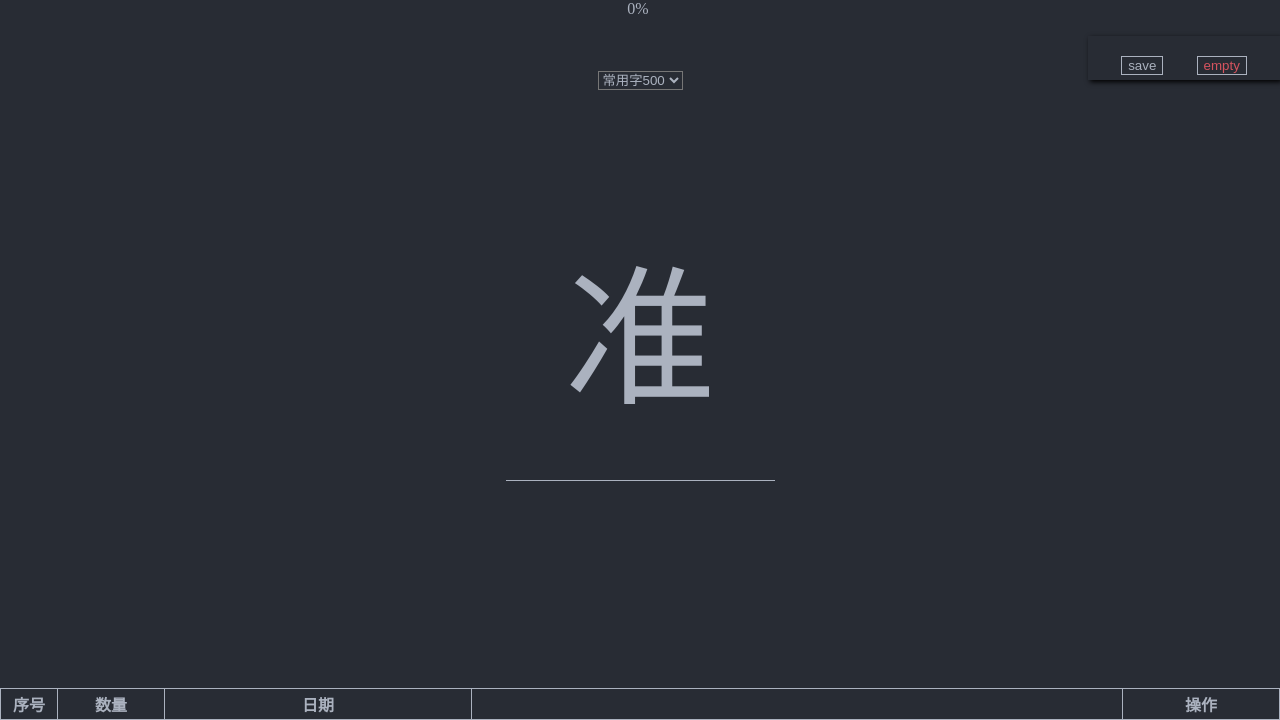
Repository: KR673/wsHone
Page: main.html
An editor plug-in stored every save of this project. The page is shown before and after the next save, followed by the edit.
The browser window is 1280 px wide. The pictures show the whole page.
Some web fonts or font styles are not loaded; a fallback is used.

Above is the page before, as saved 2023-01-30 22:58:24.

### main.html
<!DOCTYPE html>
<html lang="en">

<head>
    <meta charset="UTF-8">
    <meta name="viewport" content="width=device-width, initial-scale=1.0">
    <title>Document</title>

    <link rel="stylesheet" href="./static/css/main.css">
</head>

<body>
    <div>
        <div id="process">
            <div class="process-color"></div>
            <span>0%</span>
        </div>
    </div>
    <div id="source-change-container">
        <select id="source-change">
            <option value="frequently">常用字500</option>
            <option value="hanziRoot">字根练习</option>
        </select>
    </div>
    <div class="input-content hanzi-root">
        <div id="word" class="content"></div>
        <div class="content">
            <input id="input" class="input"></input>
            <p id="key" hidden></p>
        </div>
    </div>
    <div class="fault-content hanzi-root">
        <div id="one-key" class="key-num">
            <span>1</span>
            <div class="area"></div>
        </div>
        <div id="two-key" class="key-num">
            <span>2</span>
            <div class="area"></div>
        </div>
        <div id="three-key" class="key-num">
            <span>3</span>
            <div class="area"></div>
        </div>
        <div id="four-key" class="key-num">
            <span>4</span>
            <div class="area"></div>
        </div>
        <div class="button-container fault-content-button-container">
            <button id="fault-save">save</button>
            <button id="fault-empty">empty</button>
        </div>
    </div>
    <div class="type-history">
        <table class="history-table"></table>
    </div>
    <script src="./lib/jquery-3.5.1.min.js"></script>
    <script src="./pythonScript/tempData.js"></script>
    <script src="./pythonScript/hanZiRoot.js"></script>
    <script src="./static/js/main.js"></script>

</body>

</html>

### static/css/main.css
html,body{
    height: 100%;
    background-color: #282c34;
    margin:0px
}
#word{
    color: #abb2bf;
    font-size: 150px;
    font-weight: 500;
}
.type-error{
    color: #d6545f !important;
}
.content{
    text-align: center;
}
.input-content{
    height: auto;
    margin-top: 10%;
}
.input-content .input{
    background-color: #282c34;
    border: 0px;
    border-bottom: 1px solid #abb2bf;
    margin-top: 20px;
    color: #abb2bf;
    text-align: center;
    font-size: 20px;
}

.input-content .input:focus{
    outline: none;
    border: 0px;
    border-bottom: 1px solid #abb2bf;
}
#key{
    color: #d6545f;
    font-size: 20px;
}

.fault-content{
    height: auto;
    width: 15%;
    background-color: #282c34;
    color: #abb2bf;
    position: absolute;
    right: 0px;
    top: 5%;
    display: flex;
    flex-wrap: nowrap;
    justify-content: space-around;
    flex-direction: column;
    box-shadow:2px 2px 5px #000;;
}
.key-num{
    display: flex;
}
.key-num span{
    /* background-color: #8BC34A; */
    height: 100%;
    transform: translateY(35%);
    padding-right: 1em;
    display: none;
}
.key-num div{
    flex:25% 1 1;
    /* border-bottom: 1px slategray solid; */
    letter-spacing: 2px;
    padding: 0px 10px 0px 10px;
}
/* .key-num span, .key-num div{
    float: left;
} */
#process{
    margin-bottom: 50px;
    width: 100%;
}
#process .process-color{
    height: 21px;
    width: 0%;
    background-color: #8BC34A;
}
#process span{
    position: absolute;
    left: 49%;
    top: 0px;
    color:#abb2bf;
}
.type-history{
    width: 100%;
    position: absolute;
    bottom: 0;
    color: #abb2bf;
}
.history-table{
    width: 100%;
    text-align: center;
    border: 1px solid;
    border-collapse: collapse;
    table-layout: fixed;
}
.history-table td, .history-table th{
    border: 1px solid;
    padding: 3px;
}
.button-container{
    display: flex;
    justify-content: space-evenly;
}
button{
    background-color: #282c34;
    border: 1px solid #abb2bf;
    color: #abb2bf;
    cursor: pointer;
}
button:hover{
    background-color: #abb2bf;
    color: #282c34;
}
.history-del, #fault-empty{
    color: #d6545f;
}
.fault-content-button-container{
    margin: 20px 0 5px 0;
}

@font-face{
    font-family: "HanZiRootFont";
    font-style: normal;
    font-weight: 400;
    src: url("../font/HanZiRootFont.woff2") format("woff2"), url("../font/HanZiRootFont.ttf") format("ttf");
}

.hanzi-root{
    font-family: HanZiRootFont;
}
#source-change-container{
    text-align: center;
}
#source-change{
    background-color: #f0f8ff00;
    color: #abb2bf;
}

### static/js/main.js
var pageData = {
    data:{},
    dataCount:0,
    fault : {},
    countMapToId : {},
    dataError : {},
}

class DataErr{

    constructor(data){
        this.dateTime = new Date();
        this.data = data;
        this.count = data?.length;
    }

    // save data to local
    save(){
        if(!this.data || this.data.length <= 0){
            return
        }

        var dataList = this.getAll()

        // limit maximum capacity
        if(dataList.length == 15){
            dataList.splice(0, 1)
        }

        dataList.push(this)
        localStorage['errorList'] = JSON.stringify(dataList)
        randerHistoryList()
    }

    // get the wrong data before
    getAll(){
        var dataList = localStorage['errorList']
        if(!dataList){
            dataList = new Array()
        }else{
            dataList = JSON.parse(dataList)
        }
        return dataList
    }

    getByIndex(index){
        var dataAll = this.getAll()
        if(dataAll && dataAll.length > 0){
            return dataAll[index]
        }else{
            return new Array()
        }
    }

    deleteByIndex(index){
        var dataAll = this.getAll()
        if(dataAll && dataAll.length > 0){
            dataAll.splice(index, 1)
            localStorage['errorList'] = JSON.stringify(dataAll)
            randerHistoryList()
        }
    }
}

init(frequentlyWord)

function init(dataAccept){

    var allData = dataAccept
    var arr = new Array()

    $.each(allData, function(index, n){
        arr.push(n)
    })

    pageData.data = arr
    pageData.dataCount = pageData.data.length

    pageData.fault = {
        'one-key' : [],
        'two-key' : [],
        'three-key' : [],
        'four-key' : []
    }

    var countMapToId = pageData.countMapToId = new Map()
    countMapToId.set(1, 'one-key')
    countMapToId.set(2, 'two-key')
    countMapToId.set(3, 'three-key')
    countMapToId.set(4, 'four-key')

    pageData.dataError = new Array()
    wordInput()
    randerHistoryList()
    initFaultConut()
    initInput()
    processEdit(0)
}

function randerHistoryList(){
    var dataErr= new DataErr()
    var typeHistoryList = dataErr.getAll()
    if(typeHistoryList){
        var tableHtml = '<tr>'+
                            '<th style="width:50px">序号</th>'+
                            '<th style="width:100px">数量</th>'+
                            '<th style="width:300px">日期</th>'+
                            '<th></th>'+
                            '<th style="width:150px">操作</th>'+
                        '</tr>'
        $.each(typeHistoryList, function (index , n){
            tableHtml += "<tr>"
            tableHtml += '<td>' + index + '</td>'
            tableHtml += '<td>' + n.count + '</td>'
            tableHtml += '<td>' + n.dateTime+ '</td>'
            tableHtml += '<td></td>'
            tableHtml += '<td class="history-option button-container">' +
                            '<button class="history-load" onclick=historyLoad('+index+')>练习</button>'+
                            '<button class="history-del" onclick=historyDelete('+index+')>删除</button>'+
                        '</td>'
            tableHtml += '</tr>'
        })
        $('.history-table').empty();
        $('.history-table').append(tableHtml)
    }
}

function historyLoad(index){
    var dataErr= new DataErr()
    var dataAll = dataErr.getAll()
    var dataTarget = dataAll[index]
    init(dataTarget.data)
}
function historyDelete(index){
    var dataErr= new DataErr()
    var dataAll = dataErr.deleteByIndex(index)
}
function wordInput() {
    var $word = $('#word')
    var indexPre = $word.attr('data-index')
    var count = pageData.data.length
    var index = Math.floor(Math.random() * count)

    // 保证相邻的两个不同
    if(indexPre == index){
        index = index < (count - 1) ? index + 1 : index - 1
    }
    if(count <= 1){
        index = 0
    }

    var wordInfo = pageData.data[index]
    // data.splice(index, 1)
    $word.text(wordInfo.word)
    $('#key').text(wordInfo.key)
    $word.attr('data-key', wordInfo.key)
    $word.attr('data-index', index)
    $('#input').val('')
}

$('body').on('keydown', function(event){
    if(event.keyCode == 27){
        $('#input').val("")
        $('#input').focus()
        return;
    }
})
var $word = $('#word')
$('#input').on('keydown', function (event) {
    var keyValue = event.keyCode

    var determain_num =  (keyValue >= 49 && keyValue <= 57)
    var determain_symbol = (keyValue == 186 || keyValue == 222)
    var determain_space = (keyValue == 32)

    if(keyValue == 27){
        $('#input').val("")
        return;
    }
    if(determain_num || determain_symbol || determain_space){

        if(pageData.data.length == 0){
            return;
        }

        if($(this).val() == $('#word').attr('data-key')){
            inputRight()
            if(pageData.data.length == 0){
                return;
            }
            wordInput()
        }else{
            inputFault()
            $(this).val('')
        }
        return false;
    }else{
        return;
    }
});

$('#fault-save').on('click', function(){
    faultSave()
})

function initInput(){
    $('#word').attr('class', 'content')
    $('#key').hide()
}

function processEdit(num){
    var percent = num + '%'
    $('.process-color').css('width', percent)
    $('#process span').text(percent)
}

function inputRight() {
    var data = pageData.data
    data.splice(parseInt($word.attr('data-index')),1)
    var percent  = ((1 - (data.length / pageData.dataCount)) * 100).toFixed(1)
    processEdit(percent)
    initInput()
}

function inputFault(){
    $('#word').attr('class', 'content type-error')
    addWordToFault()
    $('#key').show()
}


// 输入错误时, 记录其到对应的数据集中
function addWordToFault(){
    var $word = $('#word')
    var data = pageData.data
    var fault = pageData.fault

    let countOfKey = $word.attr('data-key').length
    var dataOfFault = data[parseInt($word.attr('data-index'))]
    var contentOfFault = fault[pageData.countMapToId.get(countOfKey)]
    if(contentOfFault && contentOfFault.indexOf(dataOfFault) < 0){
        contentOfFault.push(dataOfFault)
        pageData.dataError.push(dataOfFault)
    }
    initFaultConut()
}

//  刷新错误内容
function initFaultConut() {

    var fault = pageData.fault

    $.each($('.key-num'), function (i,n) {
        var id = $(this).attr('id')
        var dataOfFault = fault[id]
        var allWord = ''
        if(dataOfFault && dataOfFault.length > 0){
            $.each(dataOfFault, function (index, d) {
                allWord = allWord + d.word
            })
        }
        $(this).find('.area').text(allWord)
    })
}

function faultSave(){
    var dataLog = new DataErr(pageData.dataError)
    dataLog.save()
}

$('#source-change').on('change', function() {
    alert('test')
    if ($(this).val()) {
        init(hanZiRoot)
    } else {
        init(frequentlyWord)
    }
})

Loaded but not shown: lib/jquery-3.5.1.min.js (library); pythonScript/tempData.js (2001 lines, source omitted); pythonScript/hanZiRoot.js (957 lines, source omitted)

After the next save:
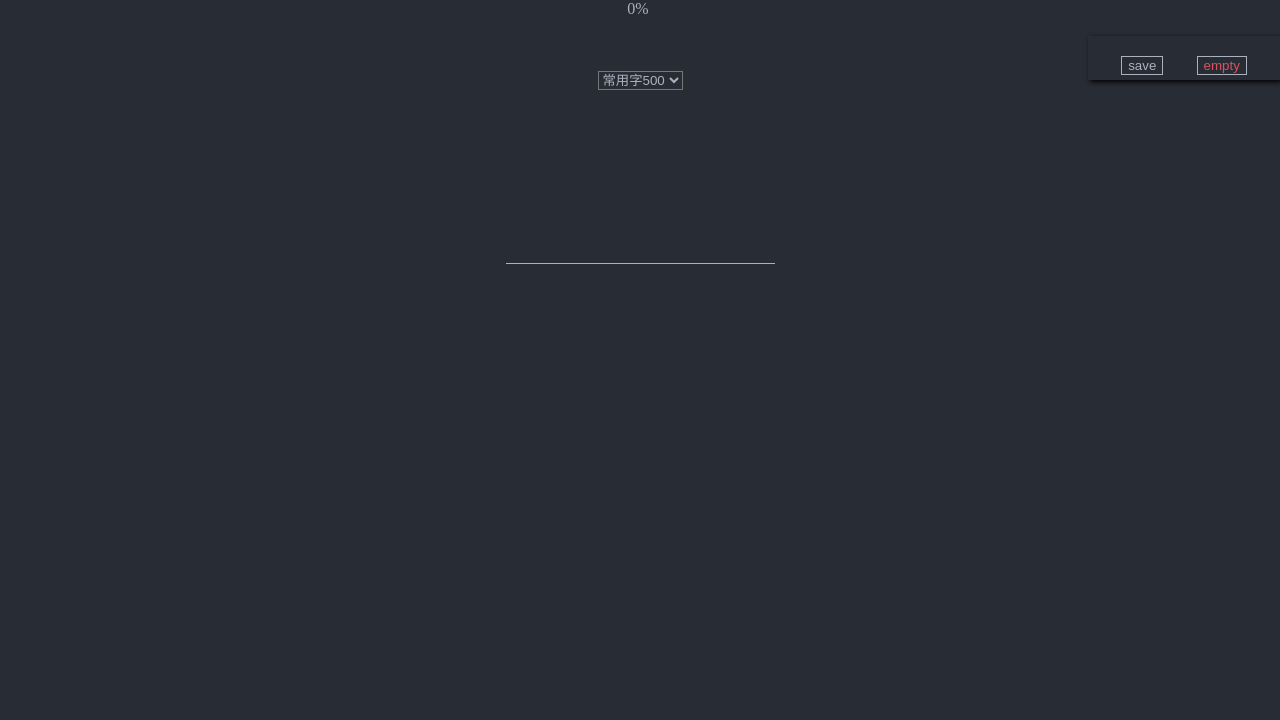
Console error: SyntaxError: Unexpected token ')'
Saved 12 s later.
--- a/static/js/main.js
+++ b/static/js/main.js
@@ -270,9 +270,16 @@
 
 $('#source-change').on('change', function() {
     alert('test')
-    if ($(this).val()) {
+    if ($(this).val() == 'hanziRoot') {
         init(hanZiRoot)
     } else {
+
         init(frequentlyWord)
     }
+    switch () {
+        case 'hanziRoot':
+            break;
+        default:
+            break;
+    }
 })

After the save that followed:
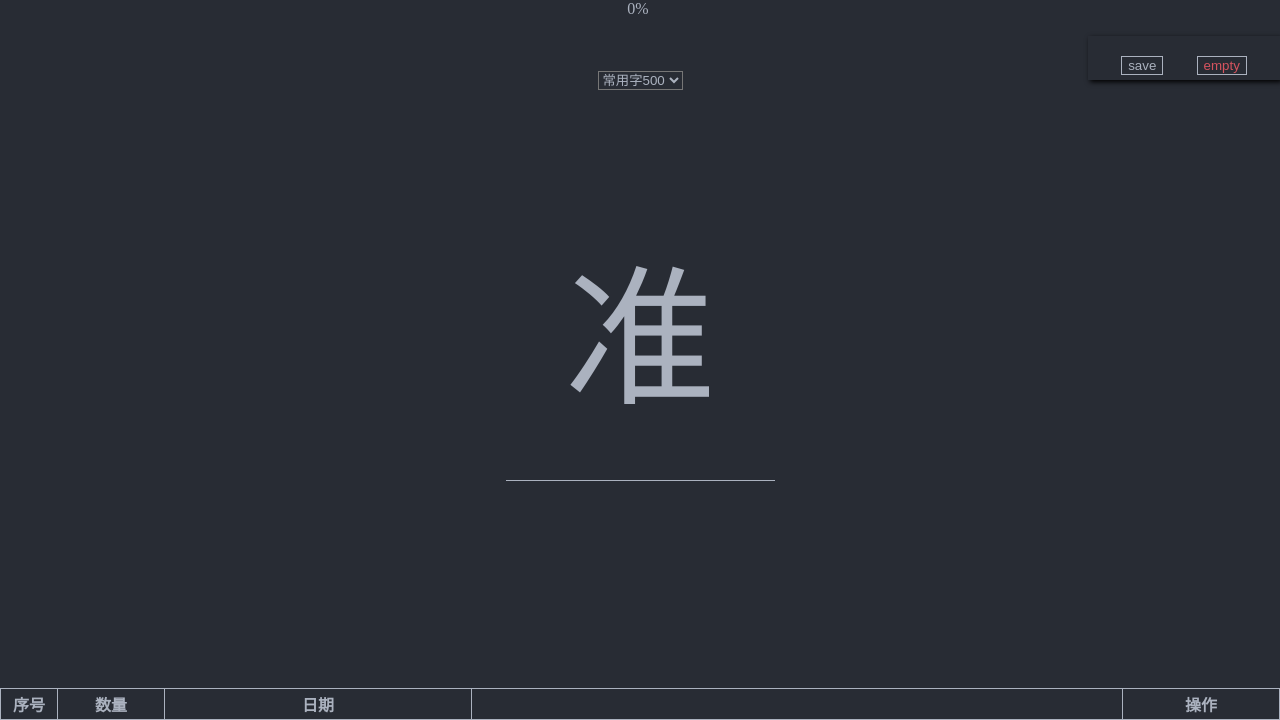
The error is gone.
Saved 5 s later.
--- a/static/js/main.js
+++ b/static/js/main.js
@@ -273,13 +273,6 @@
     if ($(this).val() == 'hanziRoot') {
         init(hanZiRoot)
     } else {
-
         init(frequentlyWord)
     }
-    switch () {
-        case 'hanziRoot':
-            break;
-        default:
-            break;
-    }
 })
